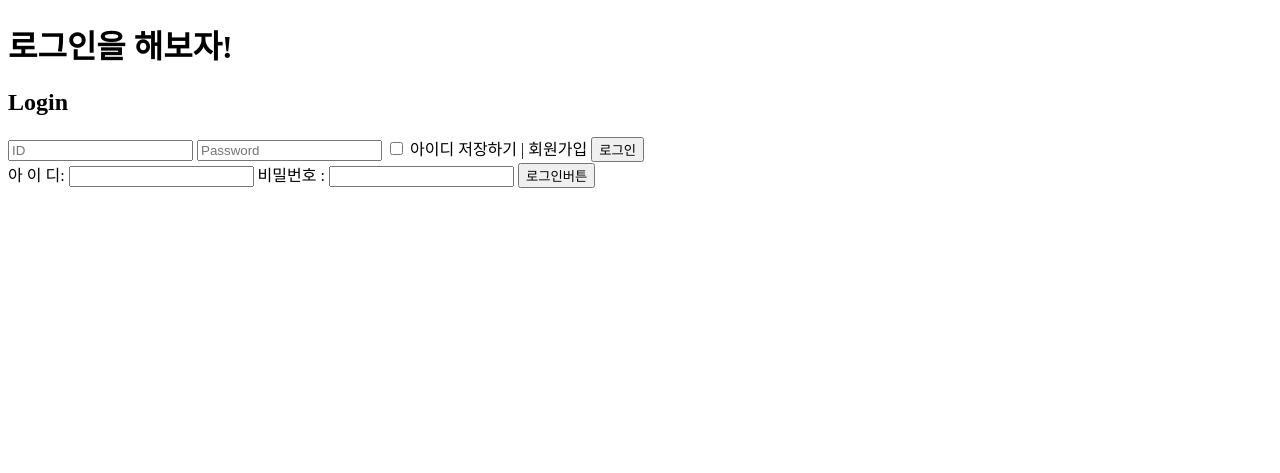
Repository: sejun98/sosobordgameJSP
Page: http://localhost/singup/login_form.jsp
The author's editor kept a copy of each file at every save. The page is drawn from the files as they stood at one save, then again after the next save.
The browser window is 1280 px wide. The pictures show the whole page.
Some web fonts or font styles are not loaded; a fallback is used. The page is served by Tomcat 9.

Above is the page before, as saved 2022-10-07 07:22:45.

After the next save:
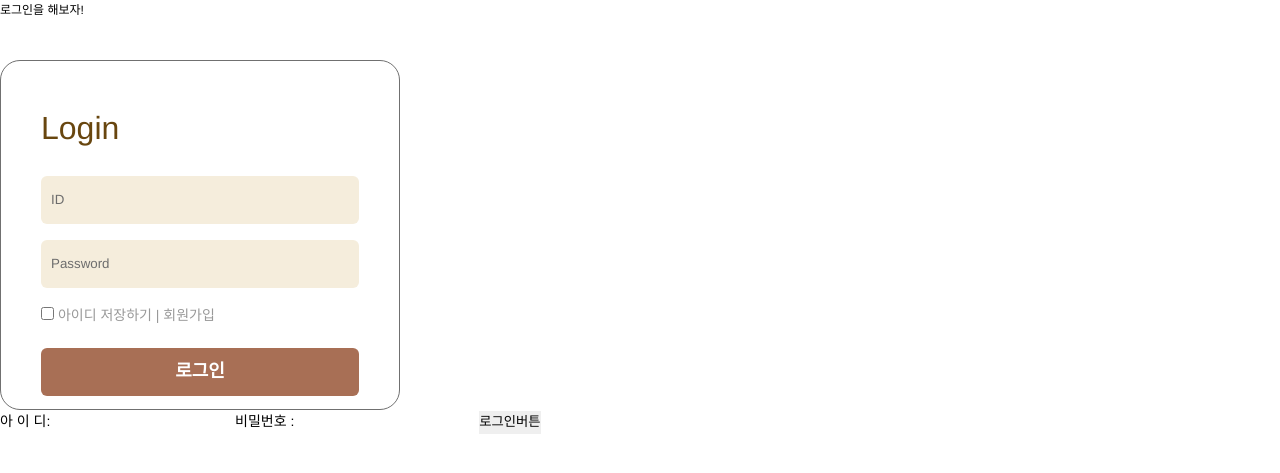
Saved 28 s later.
--- a/singup/src/main/webapp/login_form.jsp
+++ b/singup/src/main/webapp/login_form.jsp
@@ -8,6 +8,13 @@
 <head>
 <meta charset="UTF-8">
 <title>로그인 폼</title>
+<link rel="shortcut icon" href="images/pabicon.ico">
+<link rel="stylesheet" href="css/login.css">
+<link rel="stylesheet" href="css/reset.css">
+<link href="https://fonts.googleapis.com/css?family=Nanum+Gothic" rel="stylesheet">
+<link rel="stylesheet" type="text/css" href="css/slick.css">
+<link rel="stylesheet" type="text/css" href="css/slick-theme.css">
+<link href="https://fonts.googleapis.com/css?family=Poor+Story" rel="stylesheet">
 
 
 </head>
